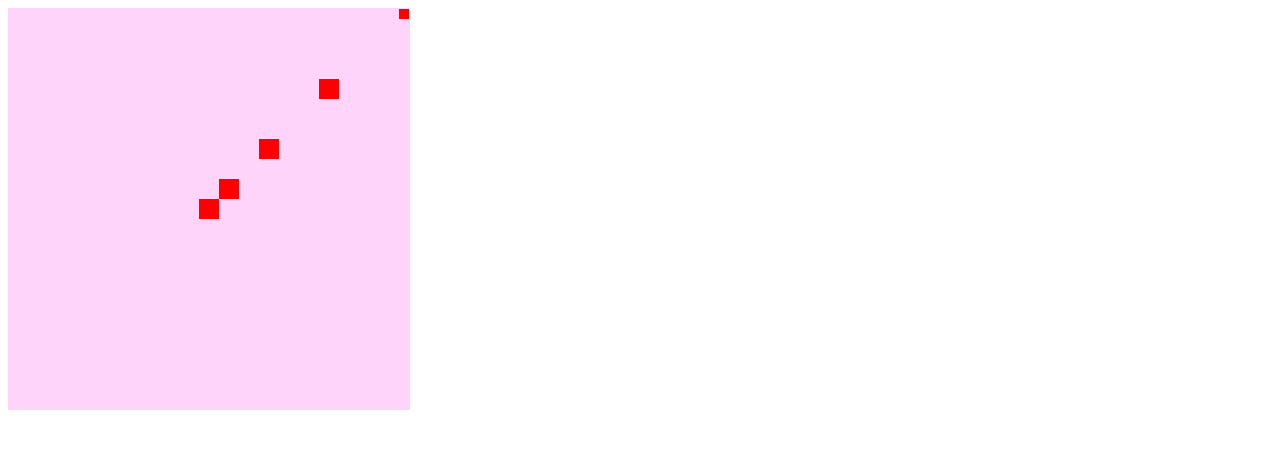
Repository: HyunraDate/ZhongpingShen
Page: Chocolate.html
These files come from the project's save history. The page is drawn as it stood at one moment and after the next save; the edit follows.
The browser window is 1280 px wide. The pictures show the whole page.

Above is the page before, as saved 2024-02-16 14:39:09.

After the next save:
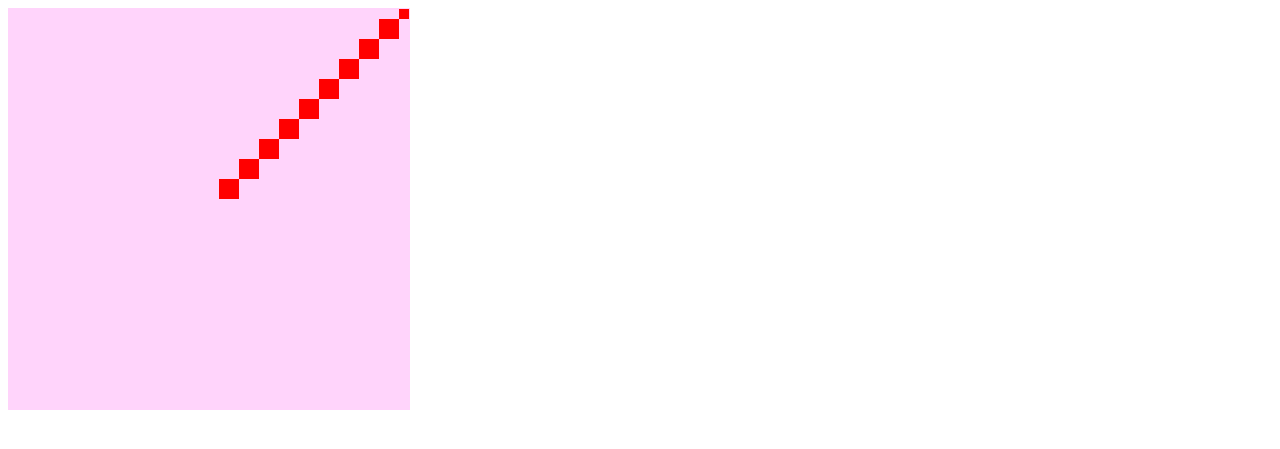
Saved 12 s later.
--- a/app2.js
+++ b/app2.js
@@ -145,8 +145,8 @@ gl.clear(gl.COLOR_BUFFER_BIT)
 let x = 0
 let y = 0
 for(let i = 0; i < 10; i++){
-    x += i / 10
-    y += i / 10
+    x += 0.1
+    y += 0.1
     let location = gl.getAttribLocation(gl.program, 'a_position') //传参：我们WebGL的名称：program
     console.log(location) //获取成功是0，失败是-1
 
